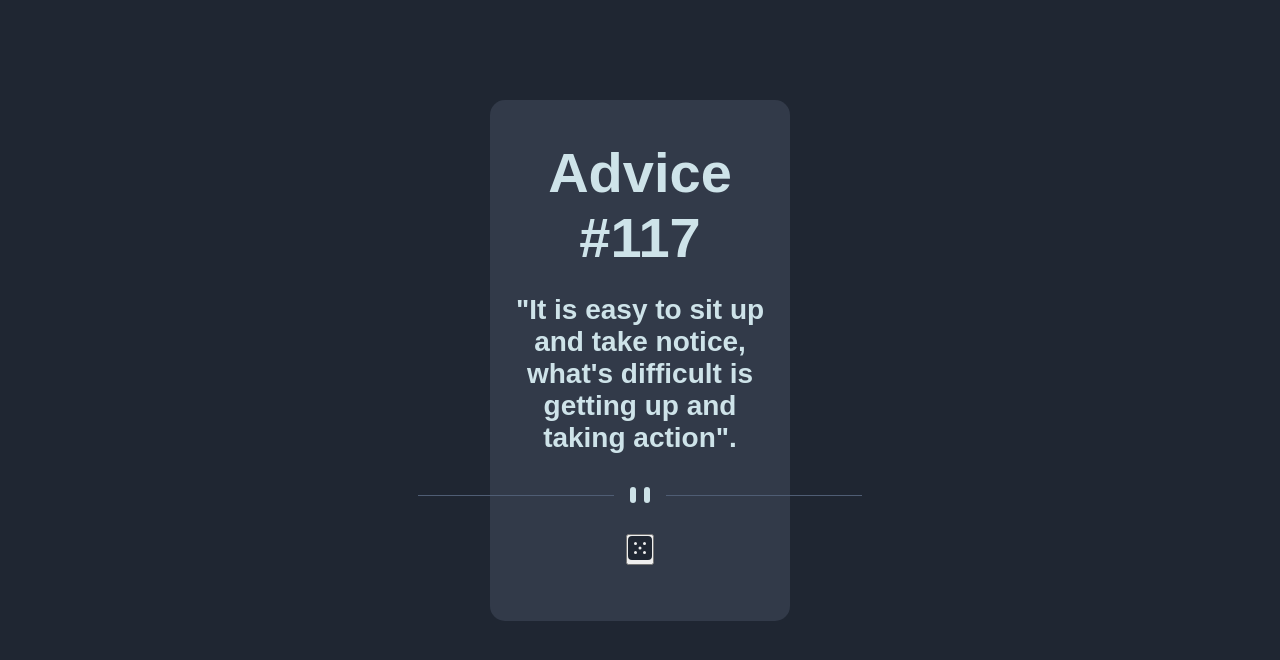
Repository: Daki-builds/advice-generator-app
Page: index.html
These files come from the project's save history. The page is drawn as it stood at one moment and after the next save; the edit follows.
The browser window is 1280 px wide. The pictures show the whole page.

Above is the page before, as saved 2026-10-08 18:50:47.

After the next save:
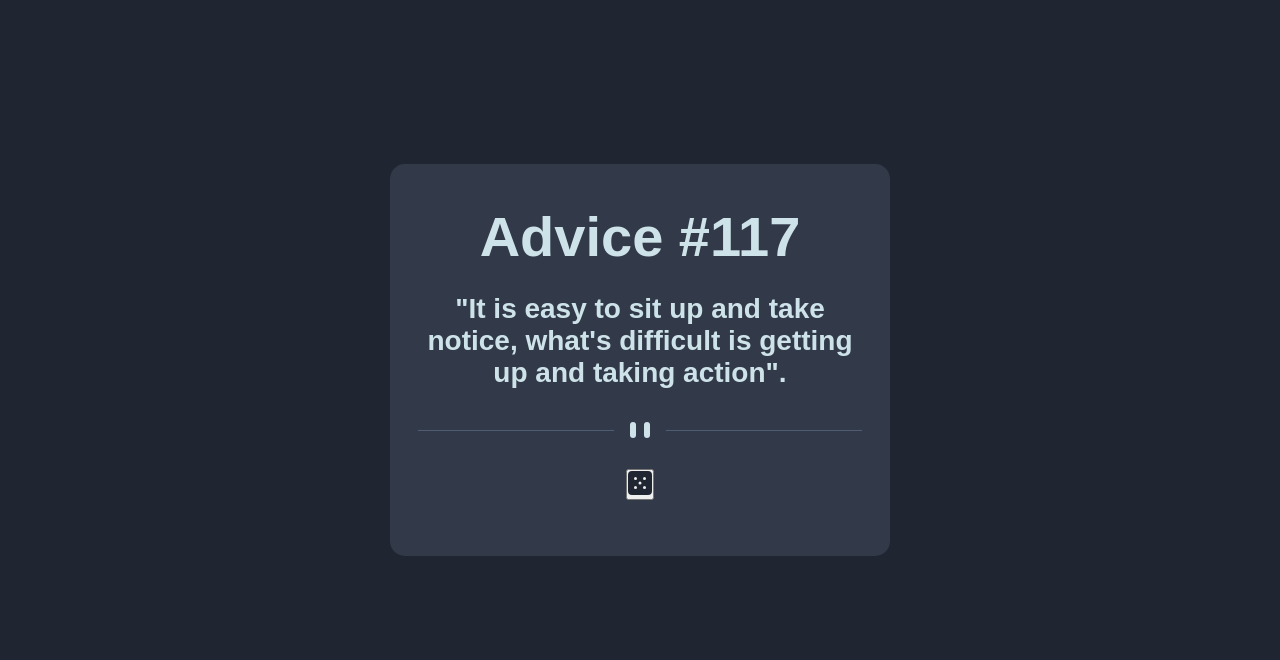
Saved 11 s later.
--- a/style.css
+++ b/style.css
@@ -37,7 +37,7 @@ body {
   gap: 24px;
   padding: 40px 24px 56px;
   width: 100%;
-  max-width: 300px;
+  max-width: 500px;
   border-radius: 15px;
   text-align: center;
 }
